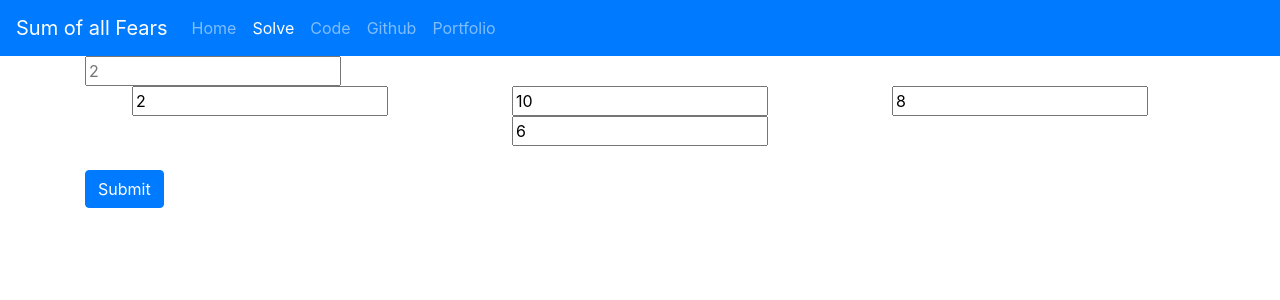
Repository: zhadjah9559/BrainBufferOverflow
Page: solve.html
These files come from the project's save history. The page is drawn as it stood at one moment and after a run of saves; the edit follows.
The browser window is 1280 px wide. The pictures show the whole page.

Above is the page before, as saved 2021-01-13 15:08:13.

After the next 3 saves:
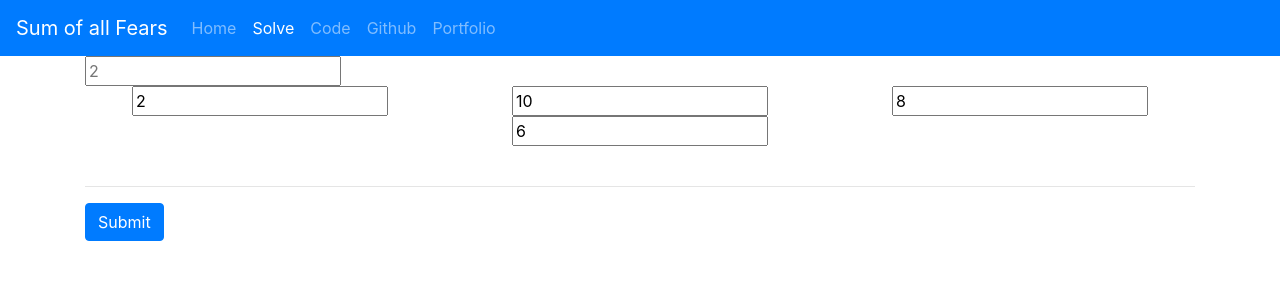
The 3 saves are shown as one change because they came seconds apart.
The last was saved 7 s later.
--- a/solve.html
+++ b/solve.html
@@ -59,7 +59,8 @@
                 <input type="number" id="arrayInput1" name="arrayInput1" value="6" placeholder="6">
             </div>
         </div>
-        <br>
+        <br/>
+        <hr/>
 
 
         <div class="row justify-content-center">
